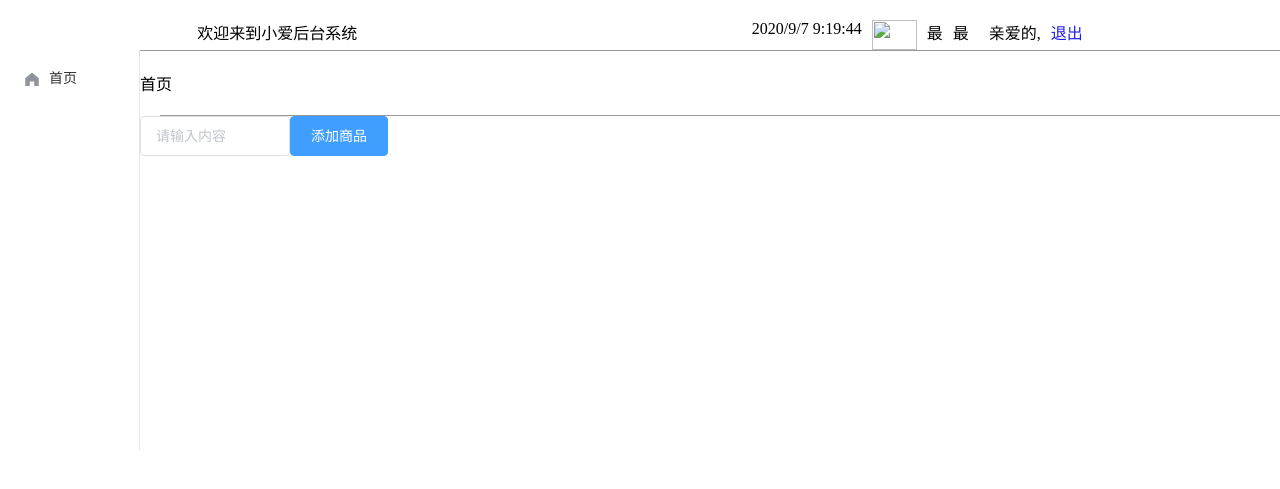
Repository: wujingwenwu/system
Page: /goods/goods
These files come from the project's save history. The page is drawn as it stood at one moment and after the next save; the edit follows.
The browser window is 1280 px wide. The pictures show the whole page.
The page's requests for data from a server got no answer. The project was rebuilt for these pictures with package versions that can differ from the ones it lists, and the page was loaded fresh each time. No one was signed in, and anything a server would have sent is missing. Also part of the build but not shown: vue.config.js, src/views/Home.vue.

Above is the page before, as saved 2020-09-07 10:41:16.

After the next save:
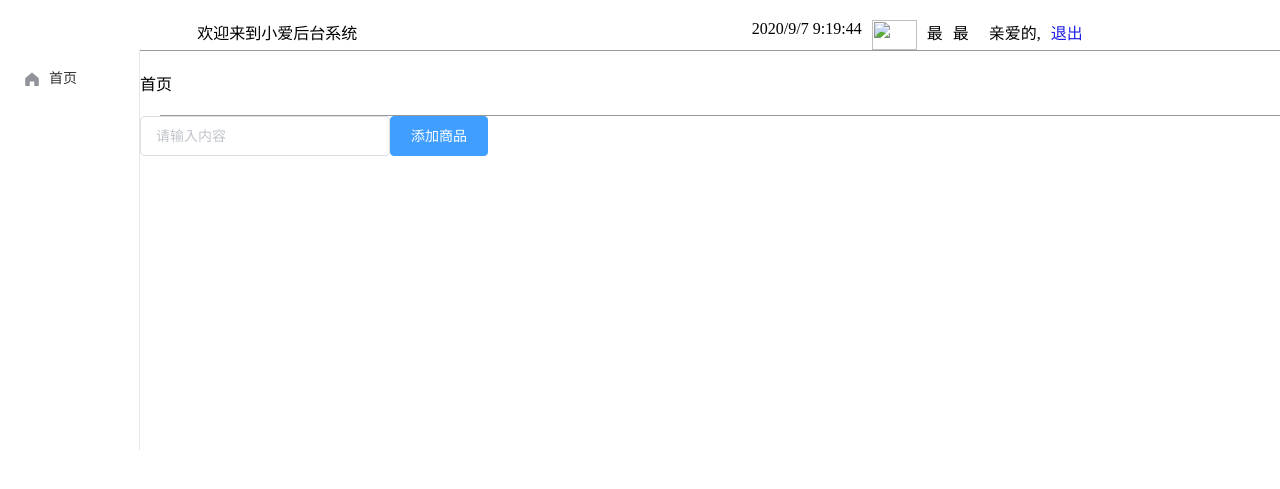
Saved 9 s later.
--- a/src/views/goods/Goods.vue
+++ b/src/views/goods/Goods.vue
@@ -53,6 +53,6 @@ const { mapState, mapActions } = userModule;
 
 <style scoped lang='scss'>
 .input{
-  width: 150px;
+  width: 250px;
 }
 </style>
